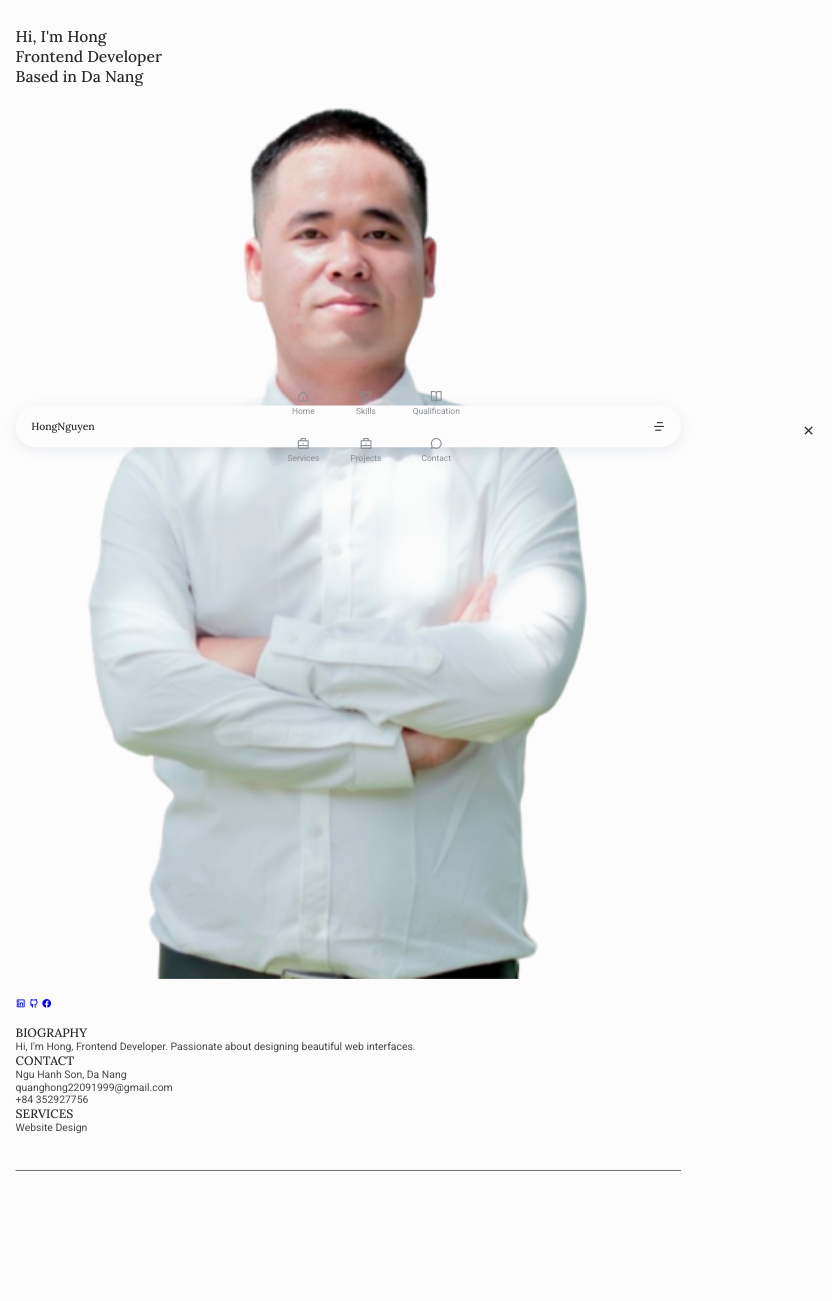
Repository: hnguyeng/myportfoliohongnguyen
Page: index.html
These files come from the project's save history. The page is drawn as it stood at one moment and after the next save; the edit follows.
The browser window is 1280 px wide. The pictures show the whole page, at 65% of full size.
Some web libraries are served in a nearby version.

Above is the page before, as saved 2023-07-17 13:13:33.

After the next save:
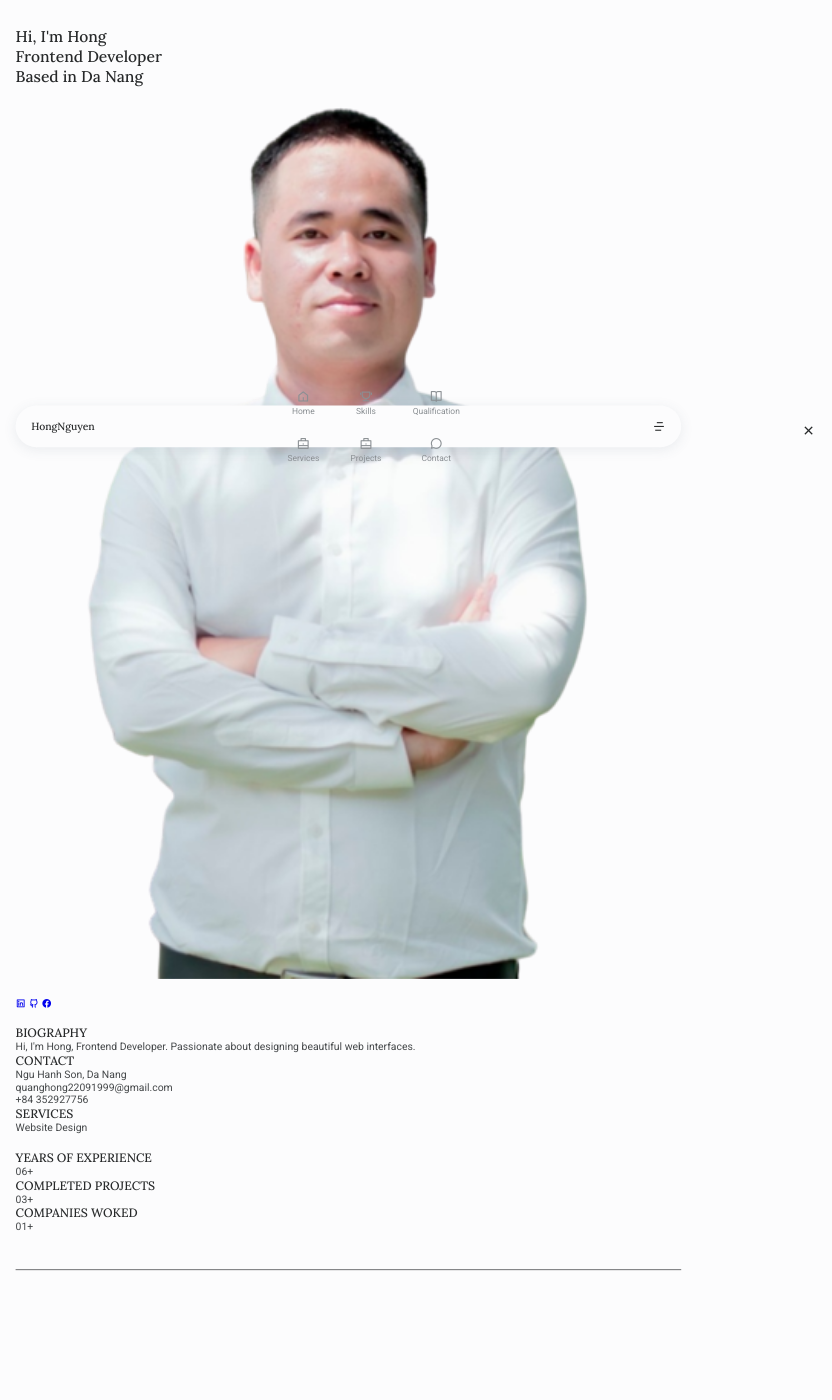
Saved 7 min 15 s later.
--- a/index.html
+++ b/index.html
@@ -127,6 +127,32 @@
                         </p>
                     </div>
                 </div>
+                <!-- ==============HOME INFO 2=============== -->
+                <div class="home__info">
+                    <div>
+                        <h3 class="home__info-title">
+                            YEARS OF EXPERIENCE
+                        </h3>
+                        <p class="home__info-number">
+                        06+
+                        </p>
+                    </div>
+
+                    <div>
+                        <h3 class="home__info-title">
+                            COMPLETED PROJECTS
+                        </h3>
+                        <p class="home__info-number">
+                            03+
+                        </p>
+                        <h3 class="home__info-title">
+                            COMPANIES WOKED
+                        </h3>
+                        <p class="home__info-number">
+                            01+
+                        </p>
+                    </div>
+                </div>
             </div>
         </section>
         <!-- ================SKILLS=========== -->
